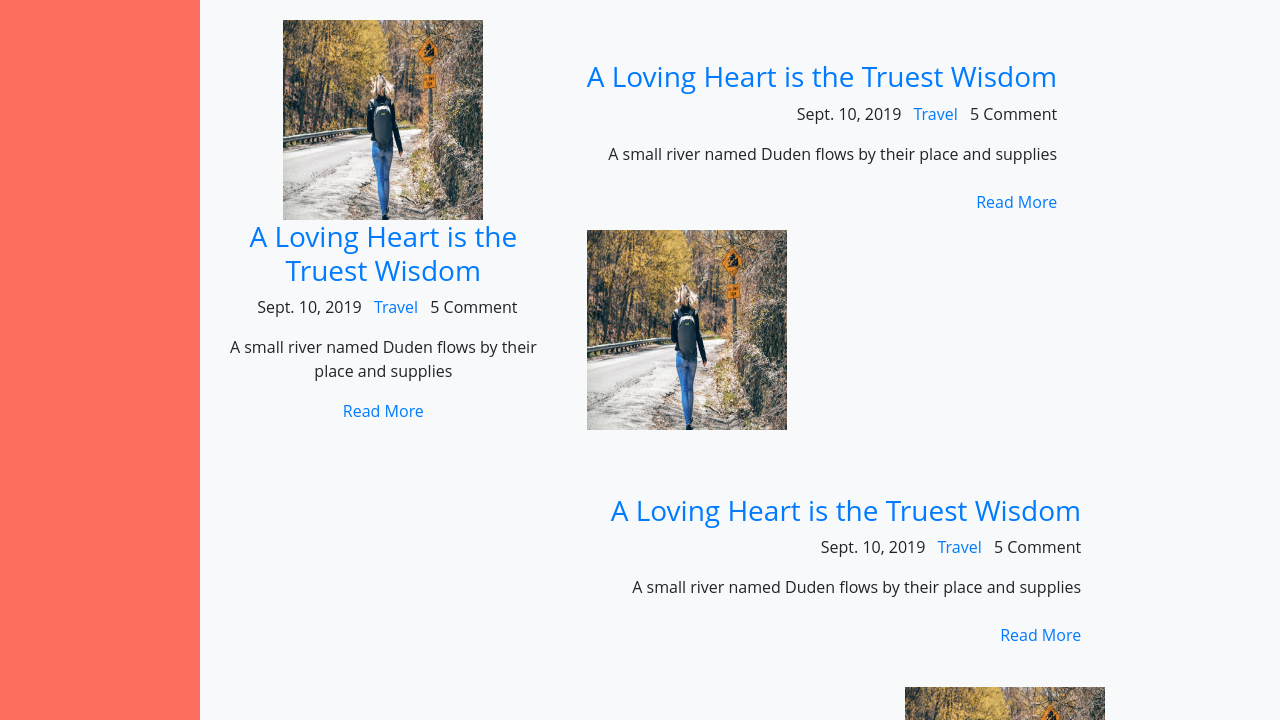
Repository: tts2610/GoogleNews
Page: index.html
An editor plug-in stored every save of this project. The page is shown before and after the next save, followed by the edit.
The browser window is 1280 px wide. The pictures show the whole page.
The page's requests for data from a server got no answer. An inner scrolling area shows only its first screen. Some web libraries are served in a nearby version.

Above is the page before, as saved 2020-05-20 22:34:03.

### index.html
<!DOCTYPE html>
<html lang="en">

<head>
    <meta charset="UTF-8">
    <meta name="viewport" content="width=device-width, initial-scale=1.0">
    <title>Document</title>
    <link rel="stylesheet" href="https://maxcdn.bootstrapcdn.com/bootstrap/4.4.1/css/bootstrap.min.css">

    <!-- jQuery library -->
    <script src="https://ajax.googleapis.com/ajax/libs/jquery/3.5.1/jquery.min.js"></script>

    <!-- Popper JS -->
    <script src="https://cdnjs.cloudflare.com/ajax/libs/popper.js/1.16.0/umd/popper.min.js"></script>

    <!-- Latest compiled JavaScript -->
    <script src="https://maxcdn.bootstrapcdn.com/bootstrap/4.4.1/js/bootstrap.min.js"></script>
    <link rel="stylesheet" href="css/style.css">

    <link href="https://unpkg.com/aos@2.3.1/dist/aos.css" rel="stylesheet">

    <link rel="stylesheet" href="https://cdnjs.cloudflare.com/ajax/libs/animate.css/4.0.0/animate.min.css" />
    <script src="js/moment.js"></script>
</head>

<body>
    <div class="myContainer">
        <div class="sidenav">
            <ul id="sideNav">
                <!-- <li></li>
                <li></li>
                <li></li> -->
            </ul>
        </div>
        <div class="content" id="myContent">

            <div class="row">
                <div class="col-4">
                    <div class="blog-entry-left">
                        <div>
                            <img src="img/image_8.jpg" width="200" height="200">
                        </div>
                        <div class="text" style="text-align: center;">
                            <h3 class=""><a href="single.html">A Loving Heart is the Truest Wisdom</a></h3>
                            <div class="meta-wrap">
                                <p class="meta">
                                    <span><i class="icon-calendar mr-2"></i>Sept. 10, 2019</span>
                                    <span><a href="single.html"><i class="icon-folder-o mr-2"></i>Travel</a></span>
                                    <span><i class="icon-comment2 mr-2"></i>5 Comment</span>
                                </p>
                            </div>
                            <p class="">A small river named Duden flows by their place and supplies</p>
                            <p><a href="#" class="btn-custom">Read More <span class="ion-ios-arrow-forward"></span></a></p>
                        </div>
                    </div>
                </div>
                <div class="col-8">
                    <div class="row">

                        <div class="row">
                            <div class="blog-entry">
                                <div class="text">
                                    <h3 class="mb-2"><a href="single.html">A Loving Heart is the Truest Wisdom</a></h3>
                                    <div class="meta-wrap">
                                        <p class="meta">
                                            <span><i class="icon-calendar mr-2"></i>Sept. 10, 2019</span>
                                            <span><a href="single.html"><i class="icon-folder-o mr-2"></i>Travel</a></span>
                                            <span><i class="icon-comment2 mr-2"></i>5 Comment</span>
                                        </p>
                                    </div>
                                    <p class="mb-4">A small river named Duden flows by their place and supplies</p>
                                    <p><a href="#" class="btn-custom">Read More <span class="ion-ios-arrow-forward"></span></a></p>
                                </div>
                            </div>
                            <div class="news-img"><img src="img/image_8.jpg" width="200" height="200"></div>
                        </div>
                        <div class="row">
                            <div class="blog-entry">
                                <div class="text text-2 text-md-right p-4">
                                    <h3 class="mb-2"><a href="single.html">A Loving Heart is the Truest Wisdom</a></h3>
                                    <div class="meta-wrap">
                                        <p class="meta">
                                            <span><i class="icon-calendar mr-2"></i>Sept. 10, 2019</span>
                                            <span><a href="single.html"><i class="icon-folder-o mr-2"></i>Travel</a></span>
                                            <span><i class="icon-comment2 mr-2"></i>5 Comment</span>
                                        </p>
                                    </div>
                                    <p class="mb-4">A small river named Duden flows by their place and supplies</p>
                                    <p><a href="#" class="btn-custom">Read More <span class="ion-ios-arrow-forward"></span></a></p>
                                </div>
                                <div class="news-img"><img src="img/image_8.jpg" width="200" height="200"></div>
                            </div>
                        </div>


                        <!-- <div class="col-md-12">

                        </div> -->
                        <!-- <div class="col-md-12">

                        </div> -->
                    </div>
                </div>
            </div>
            <!-- <button type="button" id="loadMoreBtn" class="btn btn-success my-3" style="margin-left: 470px;">Load more...</button> -->
        </div>
    </div>

    <script src="js/script.js"></script>
    <script src="https://unpkg.com/aos@2.3.1/dist/aos.js"></script>
    <script>
        AOS.init();
    </script>
</body>

</html>

### css/style.css
body {
    margin: 0;
    font-family: 'Open Sans', sans-serif;
}

.myContainer {
    display: flex;
    justify-content: start;
}

.sidenav {
    min-height: 100vh;
    width: 200px;
    float: left;
    position: relative;
    background-color: #FF6F61;
}

#sideNav {
    overflow-y: scroll;
}

.content {
    height: 100vh;
    width: calc(100% - 200px);
    float: right;
    position: relative;
    background-color: #f8f9fa;
    overflow-y: scroll;
}

.blog-entry-left {
    display: flex;
    flex-direction: column;
    align-items: center;
}

.row {
    padding: 20px;
    font-size: medium;
    text-align: right;
}

#container-row {
    display: flex;
    justify-content: flex-end;
}

button {
    margin-left: 500px;
}

### js/script.js
let newsList = [];
const apiKey = "2dc86bcdc7184b17b45b74b30858f75a"
let page = 1;
let pageSize = 6;
let categoryList = [];
let q = "apple";

const loadNews = async(page) => {
    let sources = [];
    $("input:checkbox:checked").each(function() {
        sources.push($(this).val());
    });
    let url;
    if (!sources.length)
        url = `https://newsapi.org/v2/top-headlines?q=${q}&apiKey=${apiKey}&page=${page}&pageSize=${pageSize}`;
    else {
        let sourceStr = sources.join(",");
        url = `https://newsapi.org/v2/top-headlines?q=${q}&page=${page}&pageSize=${pageSize}&sources=${sourceStr}&apiKey=${apiKey}`
    }



    let data = await fetch(url);
    let result = await data.json();
    $("#myContent").empty();
    $("#myContent").append(render(result));
    $('#myContent').append(`<button onclick="loadMoreFunction()" id="loadMoreBtn" type="button" class="btn btn-success my-4">Load more</button>`);
    $('#myContent').append(`<div id="currentNews" style="text-align:right;">Shown : ${result.articles.length} news</div>`);
}

$(document).ready(function() {
    countCategory();
    // loadNews(page);

});

async function countCategory() {
    let filterUrl = `https://newsapi.org/v2/top-headlines?q=${q}&apiKey=${apiKey}`;
    let filterData = await fetch(filterUrl);
    let result = await filterData.json();
    result.articles.forEach((x, i) => {
        addToDictionary(x.source);
    });
    reloadFilter();
}


function loadMoreFunction() {
    page++;
    $("#loadMoreBtn").remove();
    $("#currentNews").remove();
    loadNews(page);
}

function reloadFilter() {
    $("#sideNav").empty();
    categoryList.forEach(element => {
        let html = `<div class="form-check">
                        <input class="form-check-input" onchange="loadNews(1);" type="checkbox" id="${element.id}" value="${element.id}">
                        <label class="form-check-label">${element.category}(${element.count})</label>
                    </div>`;
        $("#sideNav").append(html);
    });
}

function addToDictionary(x) {
    let flag;
    for (let i = 0; i < categoryList.length; i++) {
        if (categoryList[i].id == x.id) {
            categoryList[i].count++;
            flag = true;
        }
    }
    if (!flag)
        categoryList.push({ id: x.id, category: x.name, count: 1 })
}

function render(result) {
    let innerHtml = '';
    let firstNum = 0;
    let midNum;
    let lastNum;
    result.articles.forEach((x, i) => {
        if (i == firstNum) {
            innerHtml += `<div class="row animate__animated animate__fadeInUp">
            <div class="col-4">
                <div class="blog-entry-left">
                    <div>
                        <img src="${x.urlToImage}" width="200" height="200">
                    </div>
                    <div class="text">
                        <h3 class=""><a href="single.html">${x.title}</a></h3>
                        <div class="meta-wrap">
                            <p class="meta">
                                <span><i class="icon-calendar mr-2"></i>${moment(x.publishedAt).fromNow()}</span>
                                <span><a href="single.html"><i class="icon-folder-o mr-2"></i>${x.source.name}</a></span>
                                <span><i class="icon-comment2 mr-2"></i>5 Comment</span>
                            </p>
                        </div>
                        <p class="">${x.description}</p>
                        <p><a href="#" class="btn-custom">Read More <span class="ion-ios-arrow-forward"></span></a></p>
                    </div>
                </div>
            </div>`
            midNum = i + 1;
            firstNum = firstNum + 3;
        }
        if (i == midNum) {
            innerHtml += `<div class="col-8">
            <div class="row">
                <div class="col-md-12">
                    <div class="blog-entry">
                        <div class="text text-2 text-md-right pr-4">
                            <h3 class="mb-2"><a href="single.html">${x.title}</a></h3>
                            <div class="meta-wrap">
                                <p class="meta">
                                    <span><i class="icon-calendar mr-2"></i>${moment(x.publishedAt).fromNow()}</span>
                                    <span><a href="single.html"><i class="icon-folder-o mr-2"></i>${x.source.name}</a></span>
                                    <span><i class="icon-comment2 mr-2"></i>5 Comment</span>
                                </p>
                            </div>
                            <p class="mb-4">${x.description}</p>
                            <p><a href="#" class="btn-custom">Read More <span class="ion-ios-arrow-forward"></span></a></p>
                        </div>
                        <div class="news-img"><img src="${x.urlToImage}" width="200" height="200"></div>
                    </div>
                </div>`
            lastNum = i + 1;
        }
        if (i == lastNum) {
            innerHtml += `<div class="col-md-12">
            <div class="blog-entry ftco-animate d-md-flex align-items-center">
                <div class="text text-2 text-md-right pr-4">
                    <h3 class="mb-2"><a href="single.html">${x.title}</a></h3>
                    <div class="meta-wrap">
                        <p class="meta">
                            <span><i class="icon-calendar mr-2"></i>${moment(x.publishedAt).fromNow()}</span>
                            <span><a href="single.html"><i class="icon-folder-o mr-2"></i>${x.source.name}</a></span>
                            <span><i class="icon-comment2 mr-2"></i>5 Comment</span>
                        </p>
                    </div>
                    <p class="mb-4">${x.description}</p>
                    <p><a href="#" class="btn-custom">Read More <span class="ion-ios-arrow-forward"></span></a></p>
                </div>
                <div class="news-img"><img src="${x.urlToImage}" width="200" height="200"></div>
            </div>
        </div>
    </div>
</div>
</div>
`
        }


    });
    return innerHtml;
}

Loaded but not shown: js/moment.js (library)

After the next save:
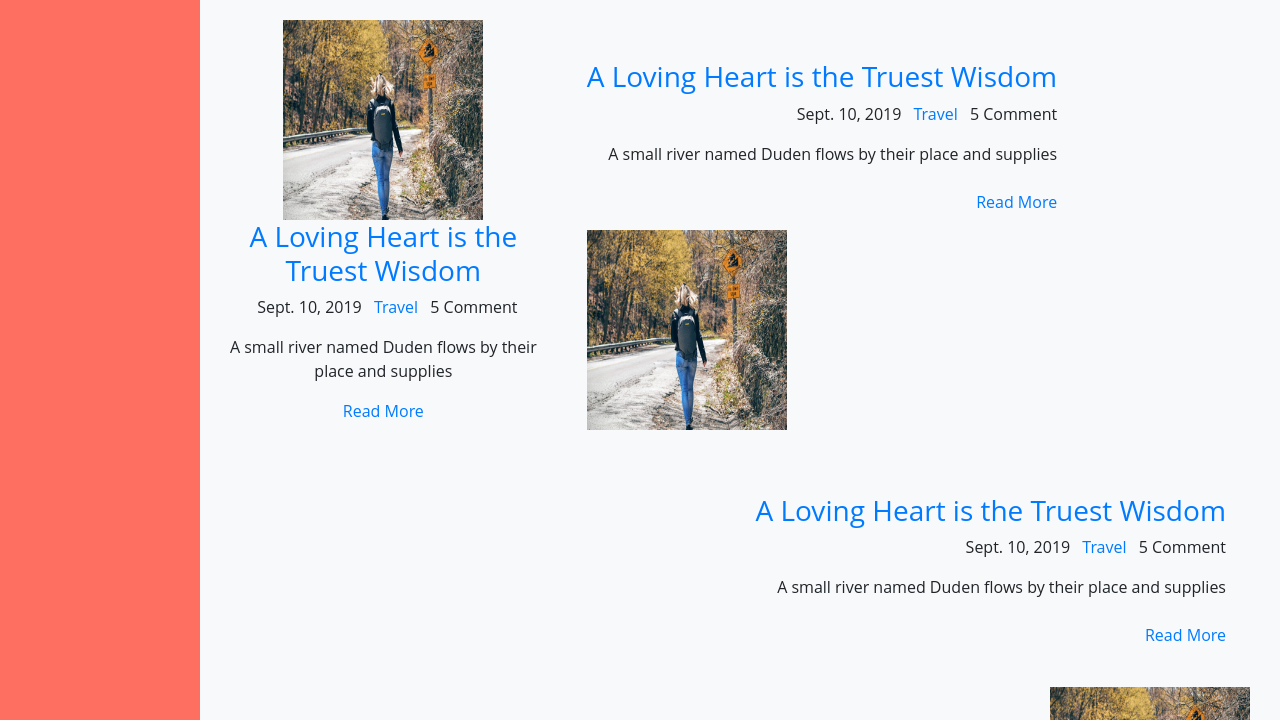
Saved 99 s later.
--- a/index.html
+++ b/index.html
@@ -55,7 +55,7 @@
                     </div>
                 </div>
                 <div class="col-8">
-                    <div class="row">
+                    <div class="row" id='container-row'>
 
                         <div class="row">
                             <div class="blog-entry">
